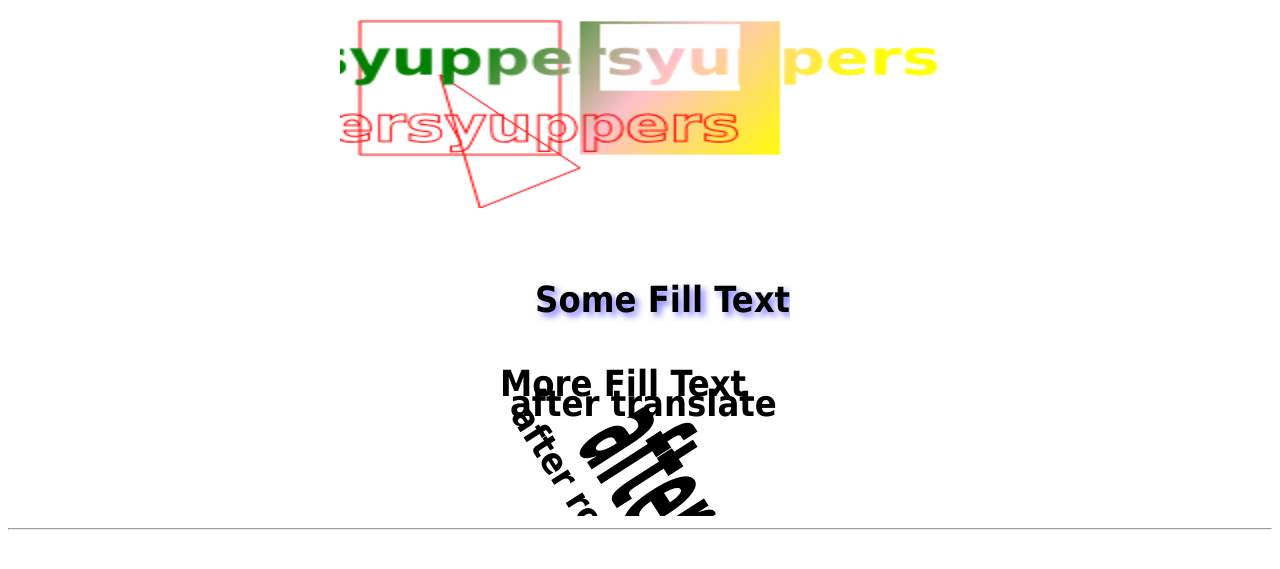
Repository: jksfoTemp/HTML5
Page: default.12.html
The author's editor kept a record of every edit. The page is drawn from the files as they stood at one moment, then again after the next edit.
The browser window is 1280 px wide. The pictures show the whole page.

Above is the page before.
Console error: TypeError: Cannot read properties of null (reading 'getContext')

### default.12.html
<!doctype html>
<html lang="en">
<head>
    <meta charset="utf-8" />
    <title>Default 12, Canvas, gradients, shapes, text, shadows;
    Transformations - translate, rotate, scale; session 36-40; 4:55:54</title>
    <link rel="stylesheet" href="css/default.12.css" />
    <script type="text/javascript" src="js/default.12.js"></script>
</head>

<body>
    <div id="big_wrapper">
        <section id="main">
            <canvas id="canvas1" >
                Hopefully you don't see this but if you do
                please use <a href = "https://www.google.com/intl/en-US/chrome/browser/">Google Chrome </a>
            </canvas>
            <br />
            <canvas id="canvas2" >
                Hopefully you don't see this but if you do
                please use <a href = "https://www.google.com/intl/en-US/chrome/browser/">Google Chrome </a>
            </canvas>
            <br />
            <canvas id="canvas3" >
                Hopefully you don't see this but if you do
                please use <a href = "https://www.google.com/intl/en-US/chrome/browser/">Google Chrome </a>
            </canvas>
        </section>
        <hr />
    </div>
</body>

</html>

### css/default.12.css
body {
    text-align: center;
}

header, section, footer, aside, nav, article, hgroup {
    display: block;
}

#canvas1, #canvas1 {
    width: 600px;
    height: 200px;
}

### js/default.12.js

// console.log('in js file');

// Using the IIFE pattern to avoid polluting the global scope
( function () {

    function doFirst(){ // canvas1
        // Note that the order in which these occur is important
        // Drawing and gradients
        var obj = document.getElementById('canvas1');
        var canvas1 = obj.getContext('2d');
        var g = canvas1.createLinearGradient (50, 50, 200, 150);
        g.addColorStop(0.0, 'green');
        g.addColorStop(0.5, 'pink');
        g.addColorStop(1, 'yellow');

        canvas1.fillStyle= g; // gradient
        // canvas1.fillStyle='blue'; // fill
        canvas1.strokeStyle='red'; // outline

        canvas1.strokeRect(10, 10, 100, 100);
        canvas1.fillRect(120, 10, 100, 100);
        canvas1.clearRect(130, 12, 70, 50);

        canvas1.beginPath();
        canvas1.moveTo(50, 50); // Starting point
        canvas1.lineTo(70, 150); // draw
        canvas1.lineTo(120, 120); // draw
        canvas1.closePath();
        canvas1.stroke(); // actually draw it

        canvas1.font="bold 36px Tahoma";
        canvas1.textAlign="end";
        canvas1.fillText("yuppersyuppersyuppers", 300, 50);
        canvas1.strokeText("yuppersyuppersyuppers", 200, 100);
    }

    function doSecond (){ // canvas2
        // Text and Shadows
        var obj = document.getElementById('canvas2');
        var canvas2 = obj.getContext('2d');

        canvas2.shadowOffsetX = 4;
        canvas2.shadowOffsetY = 4;
        canvas2.shadowBlur = 6;
        // canvas2.shadowColor = 'blue';
        canvas2.shadowColor = 'rgba(0, 0, 255, .5)';

        canvas2.font = "bold 36px Tahoma";
        canvas2.textAlign = "end";
        canvas2.fillText("Some Fill Text", 300, 100)
    }

    function doThird (){ // canvas3
        // Transformations - translate, rotate, scale
        var obj = document.getElementById('canvas3');
        var canvas3 = obj.getContext('2d');

        canvas3.font = "bold 36px Tahoma";
        canvas3.textAlign = "start";
        canvas3.fillText("More Fill Text", 10, 30)

        canvas3.translate(20, 50);
        canvas3.fillText("after translate", 0, 0)

        canvas3.rotate(1); // in radians 1 radian ~= 57.3 degrees
        canvas3.fillText("after rotate", 0, 0)

        canvas3.scale (1.5, 4);
        canvas3.fillText("after scale", 40, -10)
    }

    function doFourth (){ // canvas4
        // Transformations - translate, rotate, scale
        var obj = document.getElementById('canvas4');
        var canvas4 = obj.getContext('2d');

        canvas4.font = "bold 22px Tahoma";
        canvas4.textAlign = "start";

        canvas4.save();

        canvas4.fillText("After initial save", 10, 30)

        canvas4.rotate(1);
        canvas4.fillText("After rotation", 60, 10)

    }

    window.addEventListener ('load', doFirst, false);
    window.addEventListener ('load', doSecond, false);
    window.addEventListener ('load', doThird, false);
    window.addEventListener ('load', doFourth, false);
})();

After the next edit:
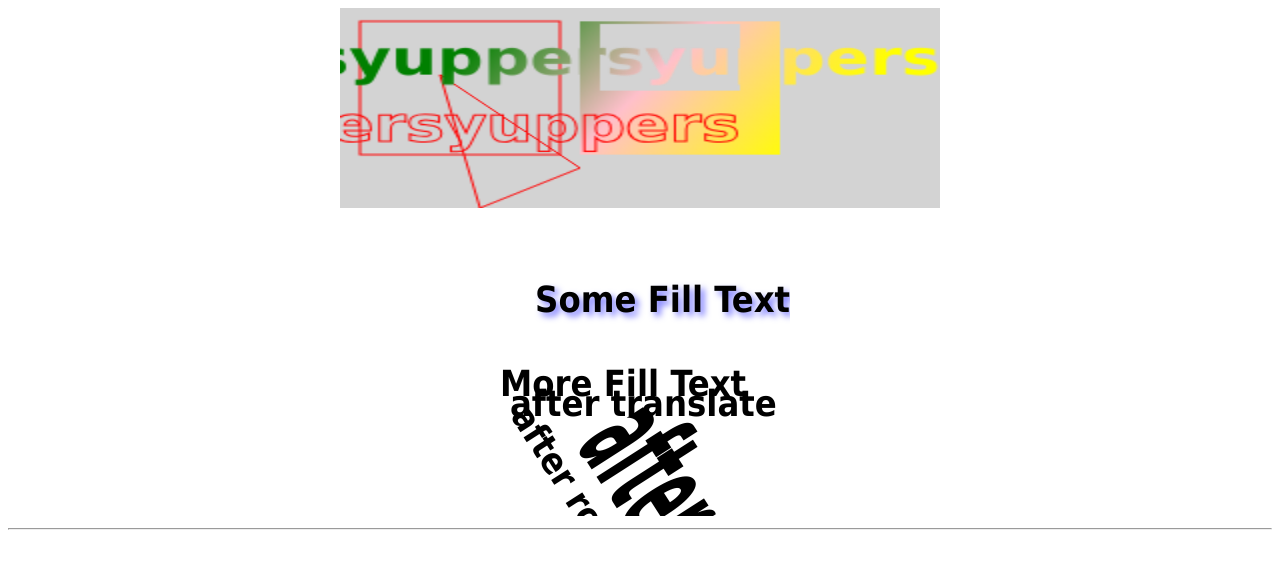
The edit:
--- a/css/default.12.css
+++ b/css/default.12.css
@@ -9,4 +9,5 @@
 #canvas1, #canvas1 {
     width: 600px;
     height: 200px;
+    background: lightgrey;
 }
